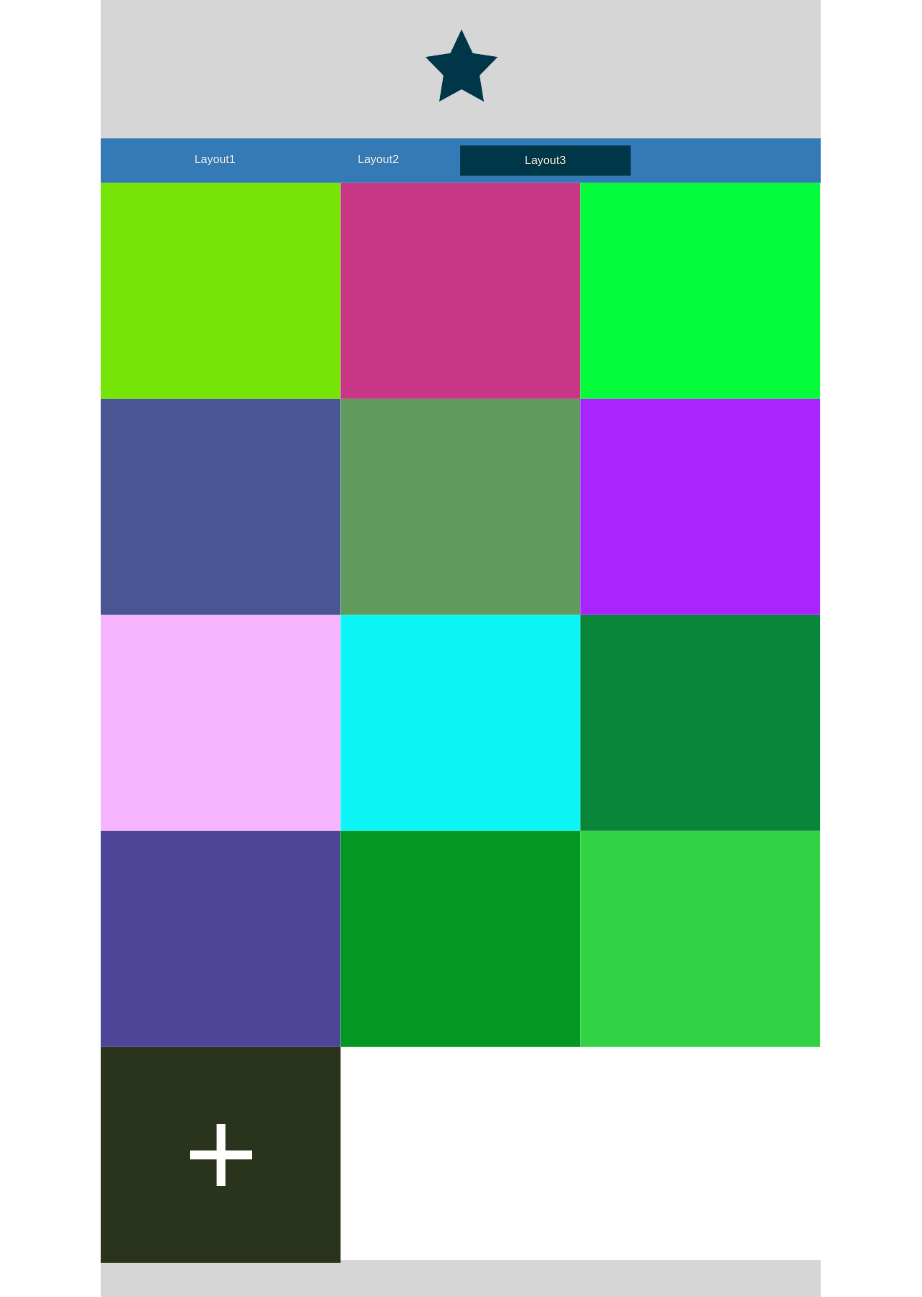
Repository: baliayassin/MyGame
Page: Documents/Aptana Studio 3 Workspace/homeWork2/layOut3.html
An editor plug-in stored every save of this project. The page is shown before and after the next save, followed by the edit.
The browser window is 1280 px wide. The pictures show the whole page, at 72% of full size.
Some web libraries are served in a nearby version.

Above is the page before, as saved 2017-12-13 19:01:23.

After the next save:
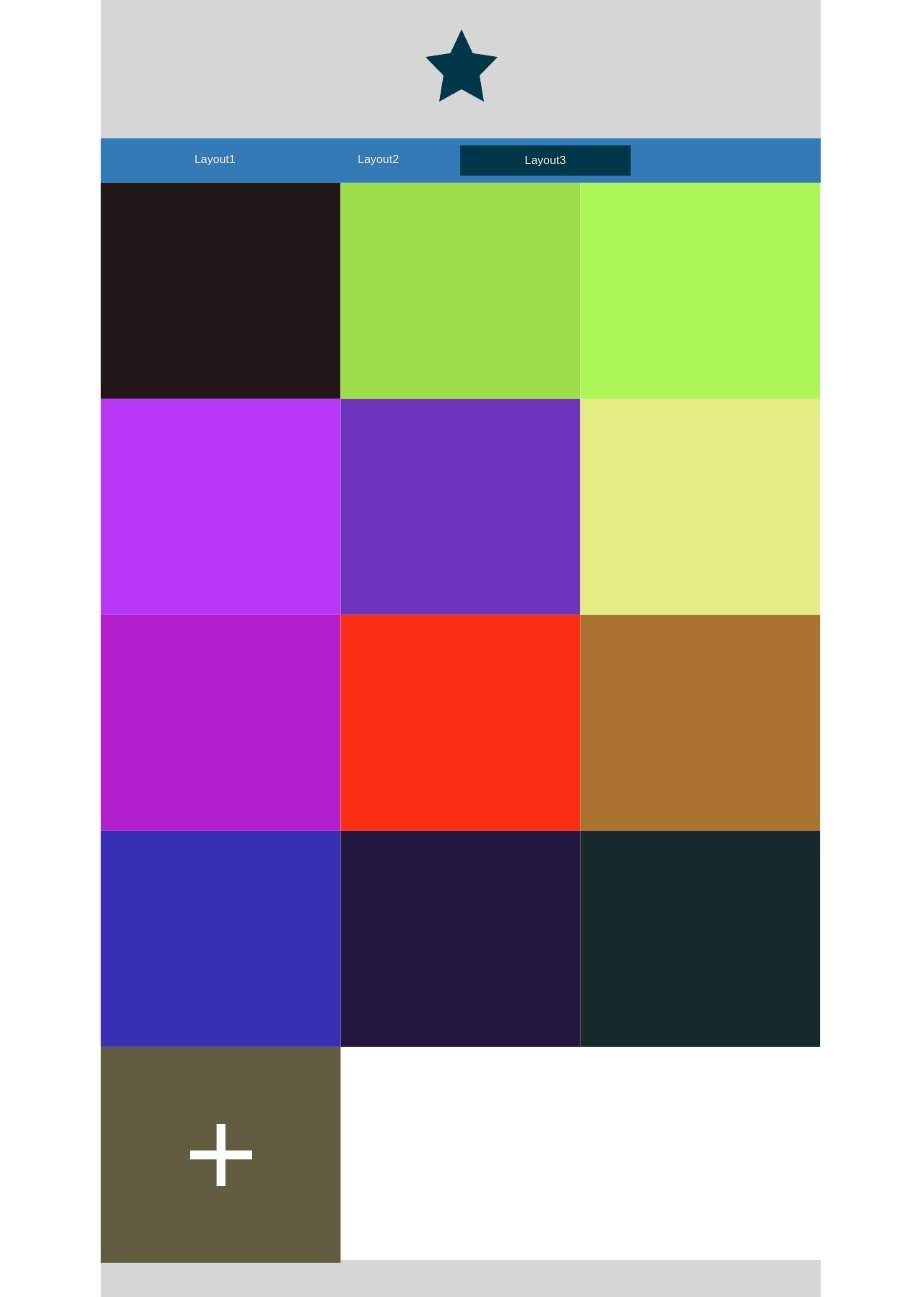
Saved 2 min 25 s later.
--- a/Documents/Aptana Studio 3 Workspace/homeWork2/includes/main.js
+++ b/Documents/Aptana Studio 3 Workspace/homeWork2/includes/main.js
@@ -1,7 +1,7 @@
 $("document").ready(function () {
-    addBoxs();
+    addArtecles();
 
-    $("main").on("click", ".box:not(.plus)", showStar); //works on dynamic elements!
+    $("main").on("click", ".box:not(.plus)", showStar);
     $(".box.plus").click(addArticle);
 })
 
@@ -16,8 +16,8 @@ function createArticle() {
 
 
 
-function addBoxs() {
-    var i;
+function addArtecles() {
+
     for (var i = 0; i < (25/2); i++) {
         $("main").append(createArticle());
     }
